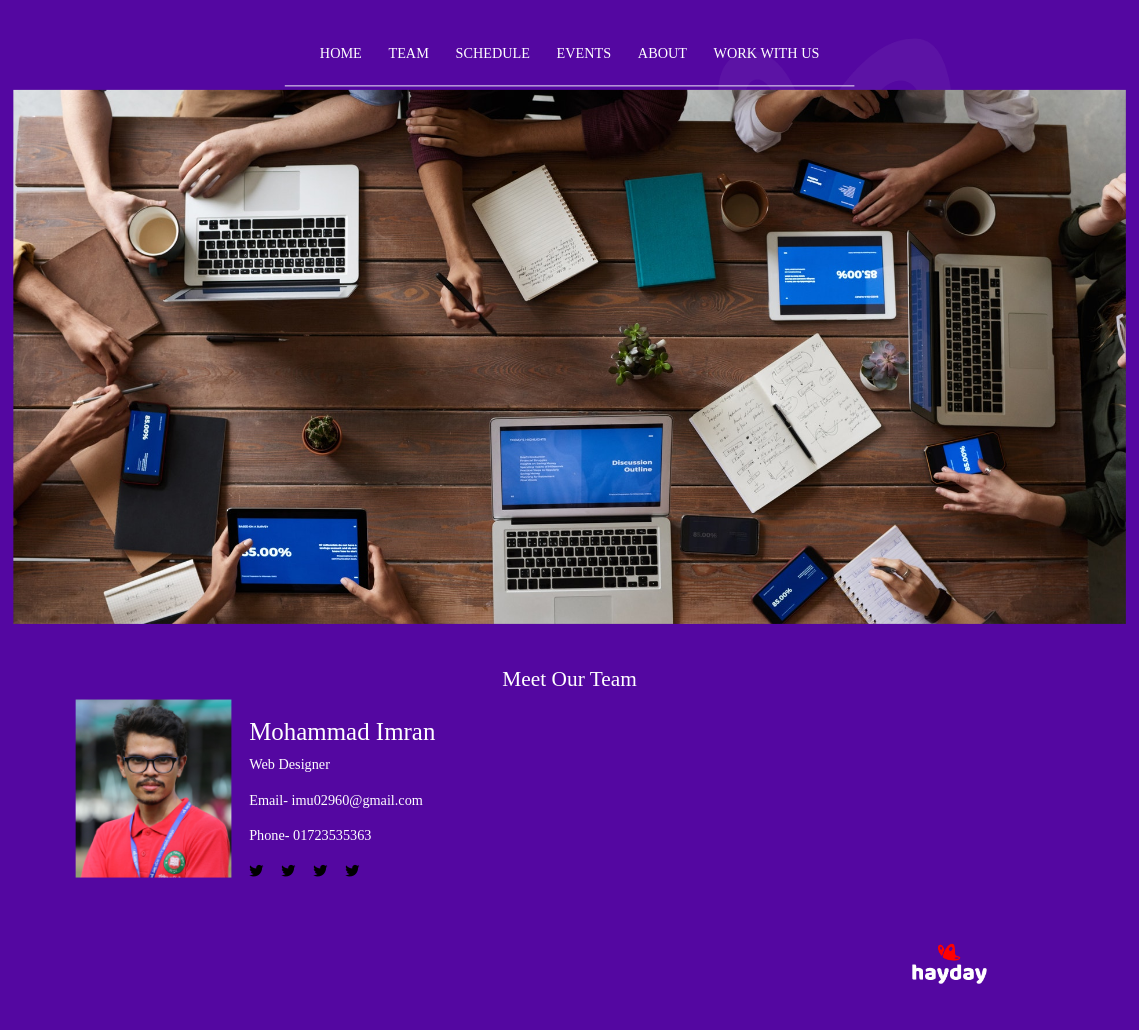
Repository: im1971/company-web
Page: team.html
The author's editor kept a copy of each file at every save. The page is drawn from the files as they stood at one save, then again after the next save.
The browser window is 1280 px wide. The pictures show the whole page, at 89% of full size.
Some web fonts or font styles are not loaded; a fallback is used.

Above is the page before, as saved 2020-01-27 17:29:49.

### team.html
<!DOCTYPE html>
<html>

<head>
    <title>hayday</title>
    <link rel="shortcut icon" type="img/x-icon" href="img/fav.png" />
    <link rel="stylesheet" href="css/mdb.min.css">
    <link rel="stylesheet" href="css/bootstrap.min.css">
    <link rel="stylesheet" href="css/fontawesome.min.css">
    <link rel="stylesheet" href="css/all.min.css">
    <link rel="stylesheet" href="css/style.css">
    <!-- fonts -->
    <link href="https://fonts.googleapis.com/css?family=Baloo+Bhai&display=swap" rel="stylesheet">
    <!-- fonts -->

</head>

<body>

    <div class="wrap_hayday">
        <div class="back_img"></div>
        <div class="container-fluid">
            <div class="row justify-content-center pb-1">
                <div class="col-md-12">
                    <nav class="navbar navbar-expand-lg">
                        <button class="navbar-toggler" type="button" data-toggle="collapse" data-target="#navbarSupportedContent" aria-controls="navbarSupportedContent" aria-expanded="false" aria-label="Toggle navigation">
                          <span class="navbar-toggler-icon"></span>
                        </button>

                        <div class="collapse navbar-collapse" id="navbarSupportedContent">

                            <ul class="navbar-nav m-auto text-uppercase">
                                <li class="nav-item active">
                                    <a class="nav-link" href="index.html">Home</a>
                                </li>
                                <li class="nav-item">
                                    <a class="nav-link" href="team.html">Team</a>
                                </li>
                                <li class="nav-item">
                                    <a class="nav-link" href="#">SCHEDULE</a>
                                </li>
                                <li class="nav-item">
                                    <a class="nav-link" href="#">Events</a>
                                </li>
                                <li class="nav-item">
                                    <a class="nav-link" href="#">About</a>
                                </li>
                                <li class="nav-item">
                                    <a class="nav-link" href="workWithUs.html">Work With us</a>
                                </li>
                            </ul>
                        </div>
                    </nav>
                </div>
                <div class="col-md-6 border_deco pt-3"></div>
            </div>
            <div class="row justify-content-center team">
                <div class="col-md-12 grid">
                    <div class="team_image"></div>
                </div>
                <div class="col-md-12 mt-5">
                    <div class="container">
                        <h4 class="text-center">Meet Our Team</h4>
                        <div class="custom_border"></div>
                        <div class="row team_deco">
                            <div class="col-md-6">
                                <div class="row">
                                    <div class="col-md-4 pr-0">
                                        <div class="team_member_image"></div>
                                    </div>
                                    <div class="col-md-8 pl-0">
                                        <!-- <div class="card"> -->
                                        <div class="card-body">
                                            <h3>Mohammad Imran</h3>
                                            <p>Web Designer</p>
                                            <p>Email- imu02960@gmail.com</p>
                                            <p>Phone- 01723535363</p>
                                            <ul>
                                                <li><i class="fab fa-twitter"></i></li>
                                                <li><i class="fab fa-twitter"></i></li>
                                                <li><i class="fab fa-twitter"></i></li>
                                                <li><i class="fab fa-twitter"></i></li>
                                            </ul>
                                        </div>
                                        <!-- <div class="card-footer"> -->

                                        <!-- </div> -->
                                        <!-- </div> -->
                                    </div>
                                </div>
                            </div>
                        </div>
                    </div>
                </div>
            </div>
            <div class="row justify-content-end my-5">
                <div class="col-md-4 m-autp">
                    <div class="middle_body">
                        <div class="logo">
                            <img src="img/logo.png" alt="" style="height: 50px">
                        </div>
                        <!-- <p>Read about our Inspiration</p> -->
                    </div>
                </div>
            </div>
        </div>
    </div>
    </div>



    <!-- <script src="https://code.jquery.com/jquery-3.4.1.slim.min.js" integrity="sha384-J6qa4849blE2+poT4WnyKhv5vZF5SrPo0iEjwBvKU7imGFAV0wwj1yYfoRSJoZ+n" crossorigin="anonymous"></script>
    <script src="https://cdn.jsdelivr.net/npm/popper.js@1.16.0/dist/umd/popper.min.js" integrity="sha384-Q6E9RHvbIyZFJoft+2mJbHaEWldlvI9IOYy5n3zV9zzTtmI3UksdQRVvoxMfooAo" crossorigin="anonymous"></script>
    <script src="https://stackpath.bootstrapcdn.com/bootstrap/4.4.1/js/bootstrap.min.js" integrity="sha384-wfSDF2E50Y2D1uUdj0O3uMBJnjuUD4Ih7YwaYd1iqfktj0Uod8GCExl3Og8ifwB6" crossorigin="anonymous"></script> -->

    <script type="text/javascript" src="js/jquery.min.js"></script>
    <!-- Bootstrap tooltips -->
    <script type="text/javascript" src="js/popper.min.js"></script>
    <!-- Bootstrap core JavaScript -->
    <script type="text/javascript" src="js/bootstrap.min.js"></script>
    <!-- MDB core JavaScript -->
    <script type="text/javascript" src="js/mdb.min.js"></script>


</body>

</html>

### css/style.css
body {
    padding: 0;
    margin: 0;
    background: #5407A1 !important;
    color: #fff !important;
    font-family: 'Baloo Bhai', cursive;
    position: relative;
}


/* global */

html {
    overflow: scroll;
    overflow-x: hidden;
}

::-webkit-scrollbar {
    width: 0px;
    /* Remove scrollbar space */
    background: transparent;
    /* Optional: just make scrollbar invisible */
}


/* Optional: show position indicator in red */

::-webkit-scrollbar-thumb {
    background: #FF0000;
}


/* global */

.back_img {
    background-image: url(../img/back.png);
    height: 350px;
    width: 600px;
    position: absolute;
    background-position: center center;
    background-size: cover;
    opacity: 5%;
    /* top: 30%; */
    right: 0;
}


/* header */

.wrap_hayday .navbar {
    box-shadow: none;
}

.wrap_hayday .container-fluid {
    min-height: 100vh;
}

.wrap_hayday nav .nav-link {
    padding-right: 15px !important;
    padding-left: 15px !important;
    color: #fff;
    font-family: 'Baloo Bhai', cursive;
}

.wrap_hayday .border_deco {
    border-bottom: .25px solid #fff;
}

.wrap_hayday nav .nav-link:hover {
    color: #FF0000;
    transition-duration: 0.5s;
}

.wrap_hayday .navbar {
    padding: 40px;
    padding-bottom: 0;
}


/* header */


/* middle body */

.wrap_hayday .middle_body {
    text-align: center;
}

.wrap_hayday .middle_body .logo img {
    /* background-image: url(logo.png); */
    height: 100px;
}

.wrap_hayday .others_page_middle {
    text-align: center;
    position: absolute;
    right: 30px;
    bottom: 0;
}

.wrap_hayday .others_page_middle img {
    height: 70px;
}


/* middle body */


/* footer-body */

.myprogress {
    min-width: 100%;
    margin: 0px auto;
    text-align: center;
}

.myprogress .circle {
    display: inline-block;
    background: #fff;
    width: 50px;
    height: 50px;
    border-radius: 80px;
    border: 1px solid #d5d5da;
    cursor: pointer;
}

.myprogress .circle:hover {
    background: #FF0000;
    color: #5407A1;
    transition-duration: 0.5s;
}

.myprogress .bar {
    position: relative;
    width: 100px;
    padding-right: 15px;
    font-family: none;
    /* height: 2px; */
    /* top: 10px; */
    /* border: 0px solid #fff; */
}

.myprogress .circle .label {
    display: inline-block;
    width: 40px;
    height: 40px;
    line-height: 30px;
    border-radius: 40px;
    font-size: 24px;
}

.myprogress .circle .title {
    color: #5407A1;
    font-size: 24px;
    line-height: 50px;
    cursor: pointer;
}

.myprogress .circle .title:hover {
    color: #fff;
}

.myprogress i {
    font-size: 11px;
}

.myprogress .abc {
    animation: pulse 1s infinite;
    color: #FF0000;
}

.myprogress .pulse {
    -webkit-animation-duration: 3s;
    -webkit-animation-delay: 2s;
    -webkit-animation-iteration-count: 5;
}


/* footer-body */


/* about hayday */

.accordion .card-header {
    padding: 0;
    background: #5407A1;
    margin-bottom: 0;
}

.accordion .card-header .btn-link {
    color: #fff;
    padding: 0;
}

.accordion .card {
    border: none;
    border-radius: 0;
}

.accordion i {
    position: absolute;
    right: 10px;
    top: 5px;
}

.accordion p {
    color: #000;
    font-family: serif;
    font-size: 15px;
}

.accordion h4 {
    color: #000;
    font-family: serif;
    font-weight: 700 !important;
    font-size: 22px;
}


/* about hayday */


/* work with us */

.outreach table.table th,
table.table td {
    padding: 3px 20px;
    color: #fff;
    border: none;
    font-family: auto;
}


/* work with us */


/* team */

.team .team_image {
    background-image: url(../img/team/team-back.jpg);
    height: 600px;
    background-position: center center;
    background-size: cover;
}

.team_deco .team_member_image {
    background-image: url(../img/team/management/imran.jpg);
    height: 200px;
    /* background-position: center center; */
    background-size: cover;
}

.team_deco p,
.team_deco h3 {
    font-family: auto;
}


/* .team_deco .grid {
    padding-left: 0;
    padding-right: 0;
} */


/* .team_deco .card {
    border-radius: 0;
    border: 0;
} */

.team_deco .card-body {
    color: #fff;
    font-style: auto;
}


/* .team_deco .card-footer {
    padding: 0 18px;
} */


/* .team_deco p {
    margin-bottom: 0;
} */

.team_deco ul {
    padding-left: 0;
    margin-bottom: 0;
    display: flex;
    color: #000;
    list-style-type: none;
}

.team_deco ul li {
    padding-right: 20px;
}


/* team */

.sponsor_footer p {
    font-family: auto;
    font-size: 14px;
}

.sponsor_footer p b {
    color: #FF0000;
}

Loaded but not shown: css/mdb.min.css (library); css/bootstrap.min.css (library); css/fontawesome.min.css (library); css/all.min.css (library); js/jquery.min.js (library); js/popper.min.js (library); js/bootstrap.min.js (library); js/mdb.min.js (library)

After the next save:
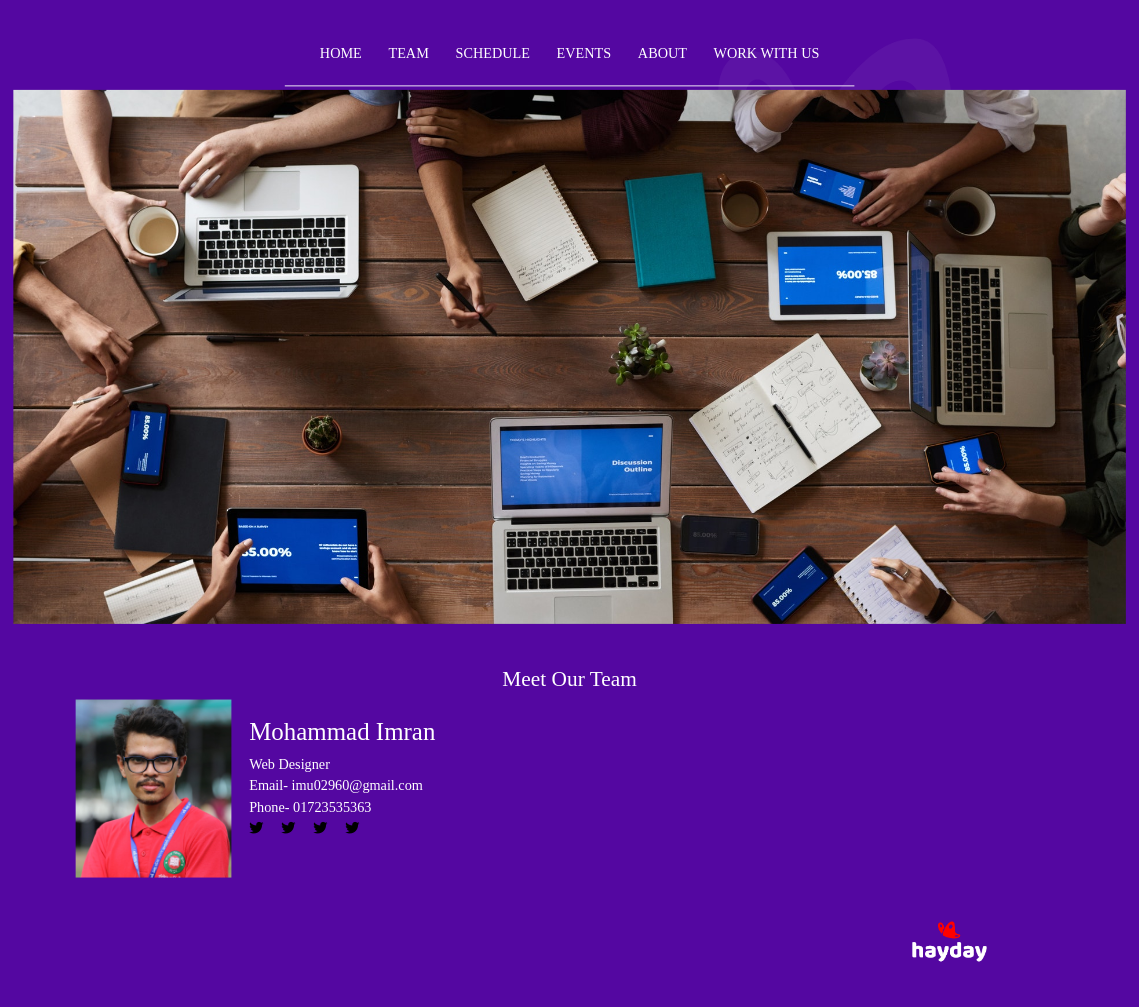
Saved 7 s later.
--- a/css/style.css
+++ b/css/style.css
@@ -277,10 +277,9 @@ table.table td {
     padding: 0 18px;
 } */
 
-
-/* .team_deco p {
+.team_deco p {
     margin-bottom: 0;
-} */
+}
 
 .team_deco ul {
     padding-left: 0;
